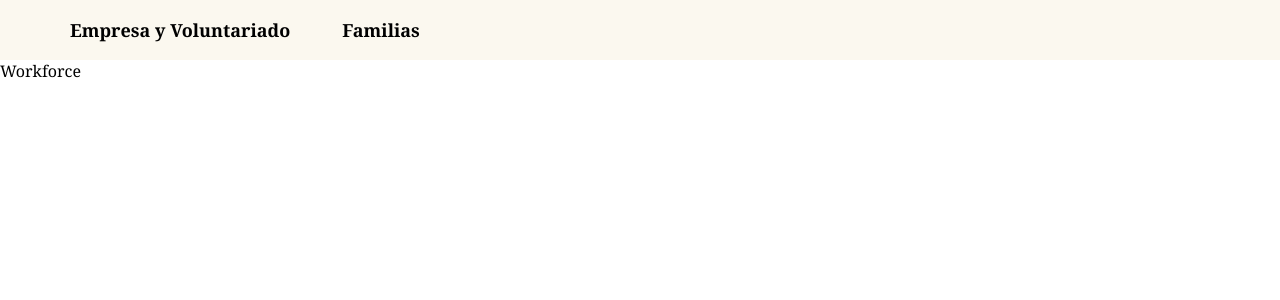
Repository: Synergy-club/reconstruction
Page: /
These files come from the project's save history. The page is drawn as it stood at one moment and after the next save; the edit follows.
The browser window is 1280 px wide. The pictures show the whole page.
The project was rebuilt for these pictures with package versions that can differ from the ones it lists, and the page was loaded fresh each time. Also part of the build but not shown: vite.config.js, src/views/Families/Families.jsx.

Above is the page before, as saved 2024-12-10 01:25:31.

### index.html
<!DOCTYPE html>
<html lang="en">
  <head>
    <meta charset="UTF-8" />
    <link rel="icon" type="image/svg+xml" href="/vite.svg" />
    <meta name="viewport" content="width=device-width, initial-scale=1.0 user-scalable=no" />
    <meta name="description" content="Agrupación de profesionales de primer nivel de los sectores de la logística, arquitectura y construcción unidos para gestionar y coordinar los esfuerzos de reconstrucción tras las inundaciones. Garantizando la trazabilidad y transparencia de las donaciones.
      La emisión de certificados inmediatos de donaciones así como los reconocimientos al voluntariado se harán bajo el paraguas de Fundación Synergy Club internacional, una plataforma abierta que suma acciones de asociaciones y fundaciones. Siempre y todas ellas sin ninguna vinculación política y sin ánimo de lucro.
      Esta iniciativa está abierta a todos los profesionales, voluntarios y héroes vecinales que necesitan o pueden aportar recursos eficientes y de calidad para la reconstrucción.
      Nos apoyamos y promovemos las agrupaciones improvisadas de vecinos de las zonas afectadas por la catástrofe que han reaccionado y son un referente de ayuda inmediata y conocimiento real de las situaciones de sus vecinos."
    />
    <meta name="author" content="Synergy Clubs International" />
    <title>Reconstrucción Valencia</title>
  </head>
  <body>
    <div id="root"></div>
    <script type="module" src="/src/main.jsx"></script>
  </body>
</html>

### src/main.jsx
import { StrictMode } from 'react'
import { createRoot } from 'react-dom/client'
import { BrowserRouter } from 'react-router-dom'
import './assets/global-style/style.css'
import App from './App.jsx'
import { ReducerProvider } from './contexts/ReducerContext.jsx'
import { ReferenceProvider } from './contexts/ReferenceContext.jsx'

createRoot(document.getElementById('root')).render(
  <StrictMode>
    <BrowserRouter>
      <ReducerProvider>
        <ReferenceProvider>
          <App />
        </ReferenceProvider>
      </ReducerProvider>
    </BrowserRouter>
  </StrictMode>
)

### src/assets/global-style/style.css
:root {
  /* BACKGROUND COLOR */
  --sci-bg-dark: #222222;
  --sci-bg-white: #ffffff;
  --sci-primary-blue: #78b3ce;
  --sci-light-blue: #c9e6f0;
  --sci-light-cream: #fbf8ef;
  --sci-accent-orange: #f96e2a;

  /*FONT*/
  --sci-font-main: sans-serif;

  /*COLOR TEXT*/
  --sci-text-dark: #222222;
  --sci-text-white: #ffffff;
  --sci-text-orange: #f96e2a;

  /*SPACING AND ROUNDED*/
  --sci-spacing-xs: 8px;
  --sci-spacing-s: 12px;
  --sci-spacing-m: 16px;
  --sci-spacing-l: 24px;
  --sci-spacing-xl: 48px;

  /*FONT SIZE*/
  --sci-font-size-xs: 12px;
  --sci-font-size-s: 16px;
  --sci-font-size-m: 18px;
  --sci-font-size-l: 22px;
  --sci-font-size-xl: 28px;
}
* {
  margin: 0;
  padding: 0;
  box-sizing: border-box;
  font-family:Georgia, 'Times New Roman', Times, serif;
}

html {
  scroll-behavior: smooth;
}
h1,
h2,
h3,
h4,
h5 {
  font-size: var(--sci-font-size-xl);
}
p,
button,
li {
  font-size: var(--sci-font-size-m);
}

ul {
  list-style-type: disc;
  padding-left: 20px;
}
a {
  text-decoration: none;
}
button {
  cursor: pointer;
  background: none;
  padding: var(--sci-spacing-xs) var(--sci-spacing-s);
  border: none;
  transition: all 0.3s ease-in-out;
  display: flex;
  justify-content: center;
  align-items: center;
  gap: 8px;
  font-weight: 600;
}

button:hover {
  transform: scale(0.98);
}

@keyframes fadeInUp {
  0% {
    opacity: 0;
    transform: translateY(20px);
  }
  100% {
    opacity: 1;
    transform: translateY(0);
  }
}

.fadeIn {
  opacity: 1;
  animation: fadeInUp 0.5s ease-in;
}

@keyframes show {
  from {
    opacity: 0;
    scale: 50%;
  }
  to {
    opacity: 1;
    scale: 100%;
  }
}

@media (max-width: 850px) {
  h1,
  h2,
  h3,
  h4,
  h5 {
    font-size: var(--sci-font-size-xl);
  }

  button,
  li,
  p {
    font-size: var(--sci-font-size-s);
    line-height: 20px;
  }
}

@media (max-width: 400px) {
  h1,
  h2,
  h3,
  h4,
  h5 {
    font-size: var(--sci-font-size-xl);
  }
  li,
  button,
  a {
    font-size: var(--sci-font-size-s);
  }
  p {
    font-size: 14px;
  }
}

### src/App.jsx
import { Route, Routes } from 'react-router-dom'
import Layout from './layout/Layout'
import Workforce  from './views/Workforce/Workforce '
import Families from './views/Families/Families'
import NotFound from './views/404/NotFound'

const App = () => {
  return (
    <Routes>
      <Route path='/' element={<Layout />}>
        <Route index element={<Workforce  />} />
        <Route path='familias' element={<Families />} />
        {/*ERROR LINK*/}
        <Route path='*' element={<NotFound />} />
        <Route />
      </Route>
    </Routes>
  )
}

export default App

### src/contexts/ReducerContext.jsx
import { createContext } from 'react'

export const ReducerContext = createContext()
export const ReducerProvider = ({children}) => {
  return (
    <ReducerContext.Provider value={{}}>{ children }</ReducerContext.Provider>
  )
}

### src/contexts/ReferenceContext.jsx
import { createContext } from 'react'

export const ReferenceContext = createContext()

export const ReferenceProvider = ({ children }) => {
  return <ReferenceContext.Provider value={{}}>{children}</ReferenceContext.Provider>
}

### src/layout/Layout.jsx

import { Fragment } from 'react'
import { Outlet } from 'react-router-dom'
import Header from '../components/Header/Header'

const Layout = () => {
  return (
    <Fragment>
    <header><Header /></header>
    <div>
      <Outlet />

    </div>
    </Fragment>
  )
}

export default Layout

### src/views/Workforce/Workforce .jsx
const Workforce = () => {
  return <div>Workforce </div>
}

export default Workforce

### src/views/404/NotFound.jsx
import React, { useEffect } from 'react'
import { useNavigate } from 'react-router-dom'

const NotFound = () => {
  const navigate = useNavigate()
  useEffect(() => {
    const timeout = setTimeout(() => {
      navigate('../')
    }, 300)
    return () => clearTimeout(timeout)
  }, [navigate])
}

export default NotFound

### src/components/Header/Header.jsx
import { Link } from 'react-router-dom'
import './Header.css'

const Header = () => {
  return (
    <nav className='nav__container'>
      <button className='nav__content-link'>
        <Link to='/' />
        Empresa y Voluntariado
      </button>
      <button className='nav__content-link'>
        <Link to='familias' />
        Familias
      </button>
    </nav>
  )
}

export default Header

### src/components/Header/Header.css
.nav__container{
  width:100%;
  padding: 10px 50px;
  background-color: var(--sci-light-cream);
  display: flex;
  justify-content: start;
  align-items: center;
  gap:20px;
}

After the next save:
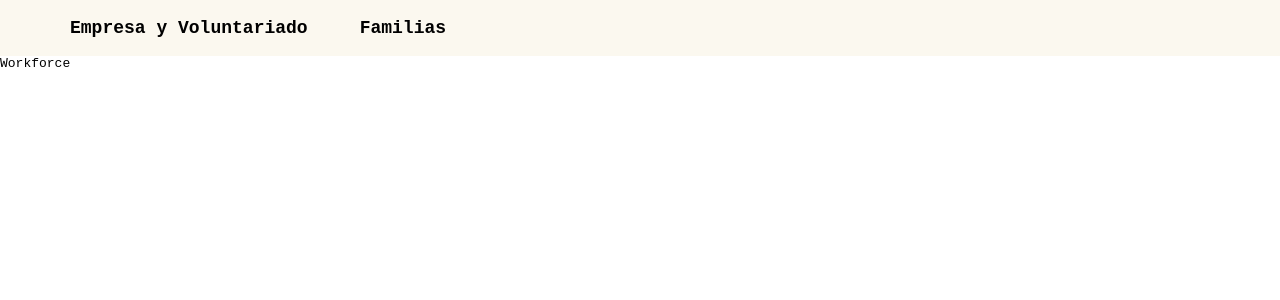
Saved 8 s later.
--- a/src/assets/global-style/style.css
+++ b/src/assets/global-style/style.css
@@ -33,7 +33,7 @@
   margin: 0;
   padding: 0;
   box-sizing: border-box;
-  font-family:Georgia, 'Times New Roman', Times, serif;
+  font-family:monospace;
 }
 
 html {
